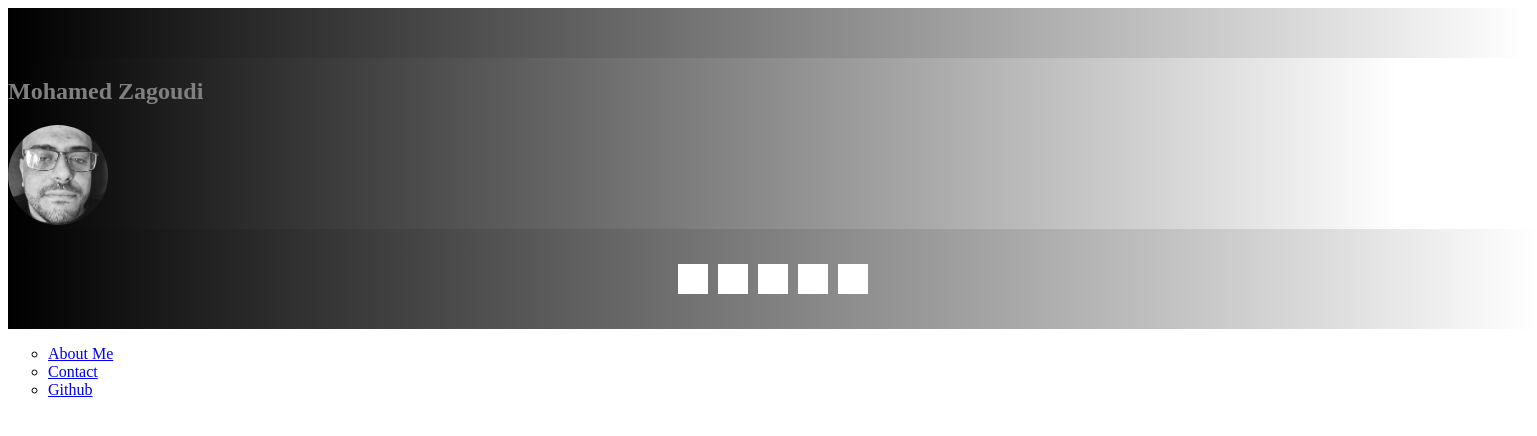
Repository: Mohzagou/Eersteportofolio
Page: index.html
These files come from the project's save history. The page is drawn as it stood at one moment and after the next save; the edit follows.
The browser window is 1280 px wide. The page is 1537 px wide, so the pictures cover 1537 px, including what lies to the right of the window. The pictures show the whole page.

Above is the page before, as saved 2022-06-07 22:41:43.

After the next save:
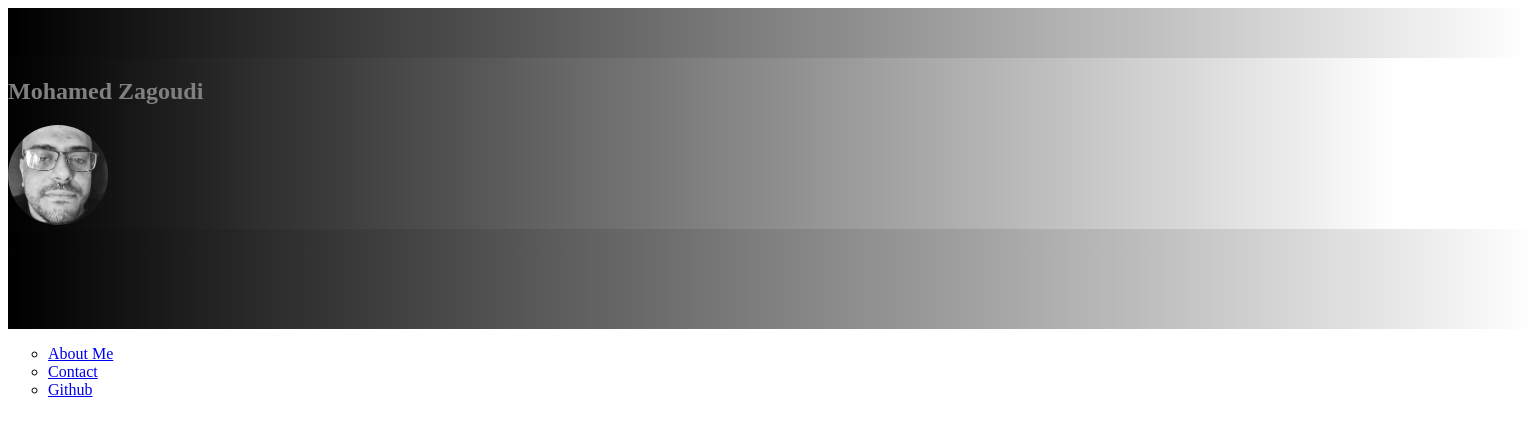
Saved 72 s later.
--- a/styles.css
+++ b/styles.css
@@ -42,6 +42,6 @@ section {
 .test {
     width: 30px;
     height: 30px;
-    background-color: white;
+    background-color: linear-gradient(to right, black, grey, white);
     margin: 5px;
 }
